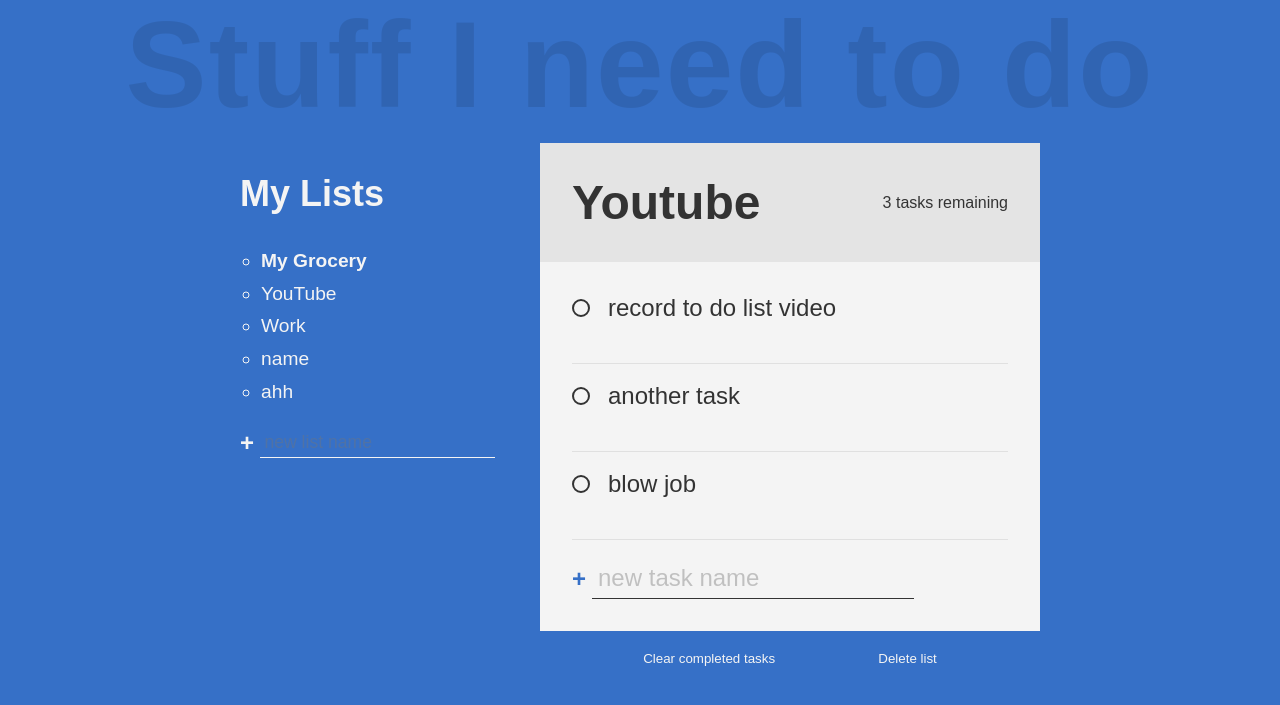
Repository: MohammadMazloum123/To-Do-List-App-
Page: index.html
The author's editor kept a copy of each file at every save. The page is drawn from the files as they stood at one save, then again after a run of saves.
The browser window is 1280 px wide. The pictures show the whole page.

Above is the page before, as saved 2024-02-15 15:37:15.

After the next 5 saves:
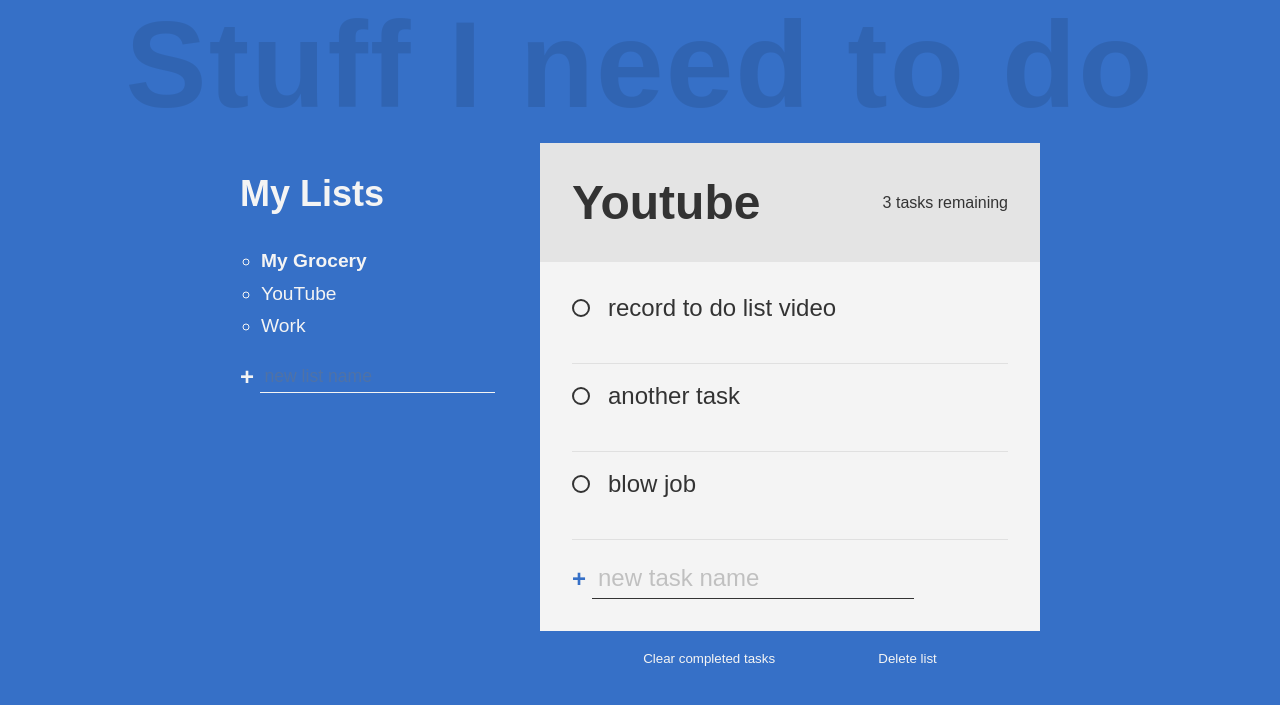
Console error: SyntaxError: Unexpected token ')'
The 5 saves are shown as one change because they came seconds apart.
The last was saved 2 min 46 s later.
--- a/script.js
+++ b/script.js
@@ -11,7 +11,7 @@
     })
 }
 function clearElement(element){
-
+    while(element.)
 }
 
 render()

After the 3 saves that followed:
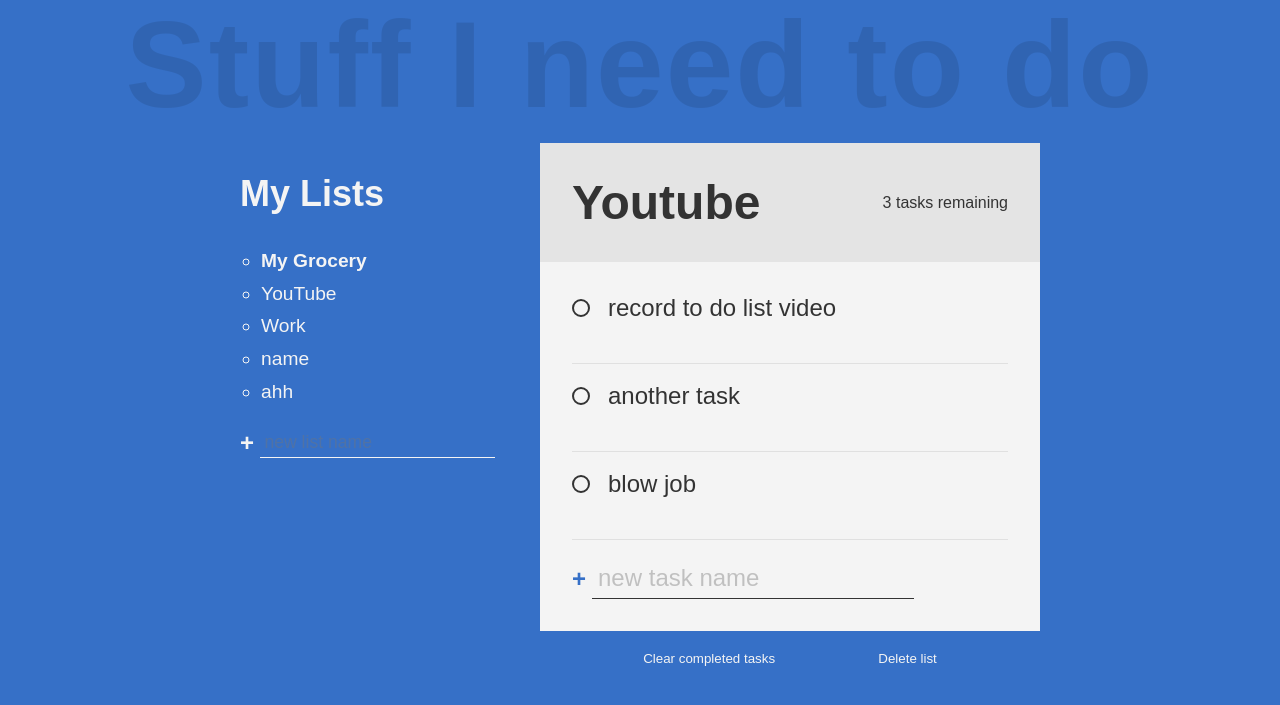
The error is gone.
The 3 saves are shown as one change because 2 left the picture as it was.
The last was saved 20 s later.
--- a/script.js
+++ b/script.js
@@ -11,7 +11,9 @@
     })
 }
 function clearElement(element){
-    while(element.)
+    while(element.fistChild){
+        remo
+    }
 }
 
 render()
